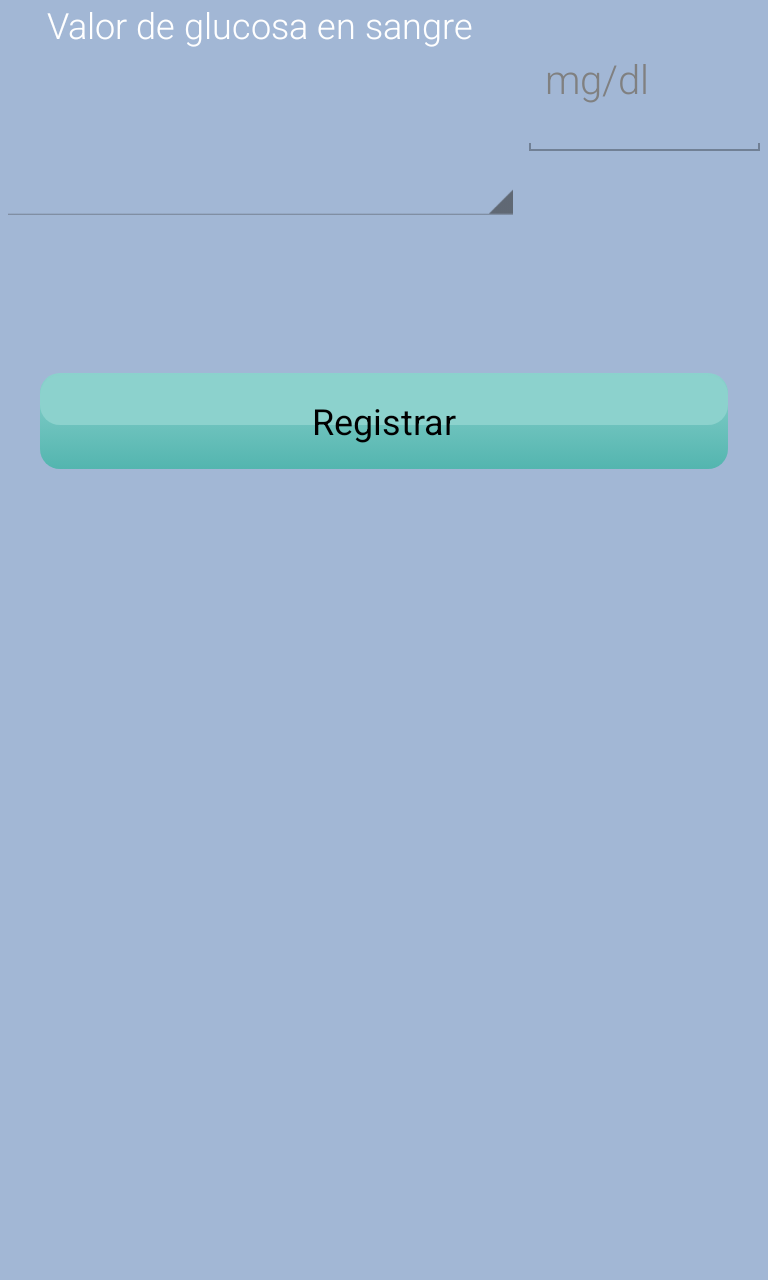
Repository: HectorGarciaMiguel/ssii-diabetes-060036
Layout: SeguimientoDiabetes/res/layout/activity_insertar_medicion.xml
These files come from the project's save history. The layout is drawn as it stood at one moment and after the next save; the edit follows.
It is drawn on a 768 x 1280 px phone screen (xhdpi) without system bars, with theme AppTheme; the app's code is not run.

Above is the layout before, as saved 2015-11-17 08:43:44.

### SeguimientoDiabetes/res/layout/activity_insertar_medicion.xml
<TableLayout xmlns:android="http://schemas.android.com/apk/res/android"
    xmlns:tools="http://schemas.android.com/tools"
    android:id="@+id/TableLayout1"
    android:layout_width="fill_parent"
    android:layout_height="fill_parent"
    android:layout_gravity="top|center"
    android:stretchColumns="*"
    tools:context=".MainActivity" >

    <TableRow
        android:id="@+id/tableRow1"
        android:layout_width="0px"
        android:layout_height="0px"
        android:layout_weight="1"
        >

        <TextView
            android:id="@+id/textView1"
            android:layout_width="wrap_content"
            android:layout_height="wrap_content"
            android:layout_gravity="center_horizontal"
            android:text="Valor de glucosa en sangre" />


        <EditText
            android:id="@+id/editText1"
            android:layout_width="wrap_content"
            android:layout_height="fill_parent"
            android:hint="mg/dl"
            android:inputType="number" >

        </EditText>

    </TableRow>

    <TableRow
        android:layout_width="0px"
        android:layout_height="0px"
        android:layout_weight="1" >

        <Spinner android:id="@+id/CmbOpciones"
   	 	android:layout_width="fill_parent"
    	android:layout_height="wrap_content"/>


    </TableRow>


    <TableRow
        android:layout_width="0px"
        android:layout_height="0px"
        android:layout_weight="7"
        android:padding="20dp">

        <Button
            android:id="@+id/button1"
        	android:background="@drawable/mibotonverde"
            android:layout_weight="1"
            android:onClick="pasarRecomendacionActivity"
            android:text="Registrar" />

    </TableRow>




</TableLayout>

### SeguimientoDiabetes/res/drawable/mibotonverde.xml
<?xml version="1.0" encoding="utf-8"?>
<selector xmlns:android="http://schemas.android.com/apk/res/android" >

 <item android:state_pressed="true">
     <layer-list >
       <item >
           <shape android:shape="rectangle">
            <gradient
  				  android:startColor="#104849"
                  android:endColor="#0B393A"
                  android:angle="-90"
                  android:type="linear"
                  />
            <corners android:radius="10dp" />
            </shape>
            </item>
            <item android:top="1dp" android:bottom="22dp" >
 	 <shape android:shape="rectangle">
  				<solid android:color="#104849"/>
              <corners android:radius="10dp" />

            </shape>
      </item>
      </layer-list>
  </item>




<item android:state_focused="true">
     <layer-list >
       <item >
           <shape android:shape="rectangle">
            <gradient
  				  android:startColor="#104849"
                  android:endColor="#0B393A"
                  android:angle="-90"
                  android:type="linear"
                  />
            <corners android:radius="10dp" />
            </shape>
            </item>
            <item android:top="1dp" android:bottom="50px" >
  <shape android:shape="rectangle">
  <solid android:color="#104849"/>
              <corners android:radius="10dp" />

            </shape>
      </item>
      </layer-list>
  </item>







 <item>
     <layer-list >
       <item >
           <shape android:shape="rectangle">
            <gradient
  				  android:startColor="#8CD2CD"
                  android:endColor="#53B5AF"
                  android:angle="-90"
                  android:type="linear"
                  />
			<corners android:radius="10dp" />
			</shape>
        </item>
        <item android:top="1dp" android:bottom="22dp" >
  			<shape android:shape="rectangle">
  			<solid android:color="#8CD2CD"/>
       			<corners android:radius="10dp" />
           </shape>
      </item>
      </layer-list>
  </item>
</selector>

Loaded but not shown: SeguimientoDiabetes/res/values/styles.xml (common file); SeguimientoDiabetes/res/values-v11/styles.xml (common file); SeguimientoDiabetes/res/values-v14/styles.xml (common file)

After the next save:
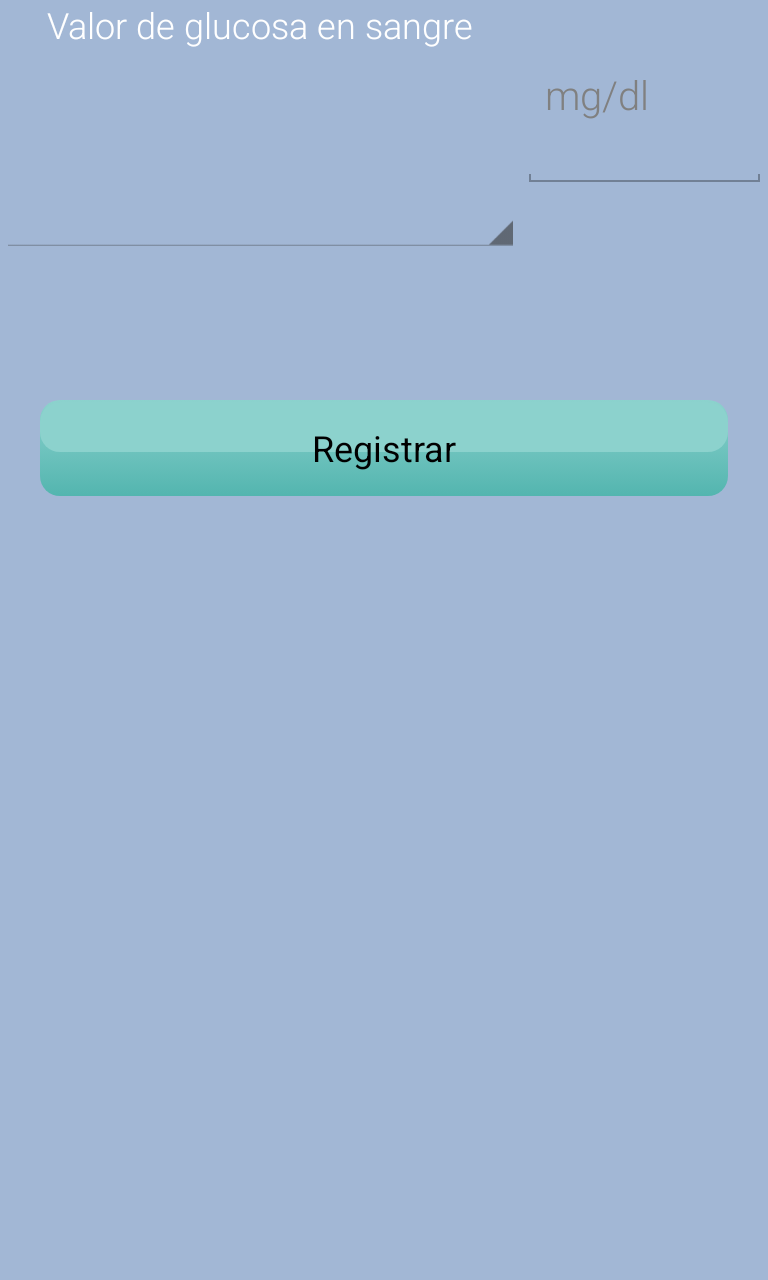
Saved 80 s later.
--- a/SeguimientoDiabetes/res/layout/activity_insertar_medicion.xml
+++ b/SeguimientoDiabetes/res/layout/activity_insertar_medicion.xml
@@ -16,15 +16,15 @@
 
         <TextView
             android:id="@+id/textView1"
-            android:layout_width="wrap_content"
-            android:layout_height="wrap_content"
+            android:layout_width="fill_parent"
+            android:layout_height="fill_parent"
             android:layout_gravity="center_horizontal"
             android:text="Valor de glucosa en sangre" />
 
 
         <EditText
             android:id="@+id/editText1"
-            android:layout_width="wrap_content"
+            android:layout_width="fill_parent"
             android:layout_height="fill_parent"
             android:hint="mg/dl"
             android:inputType="number" >
